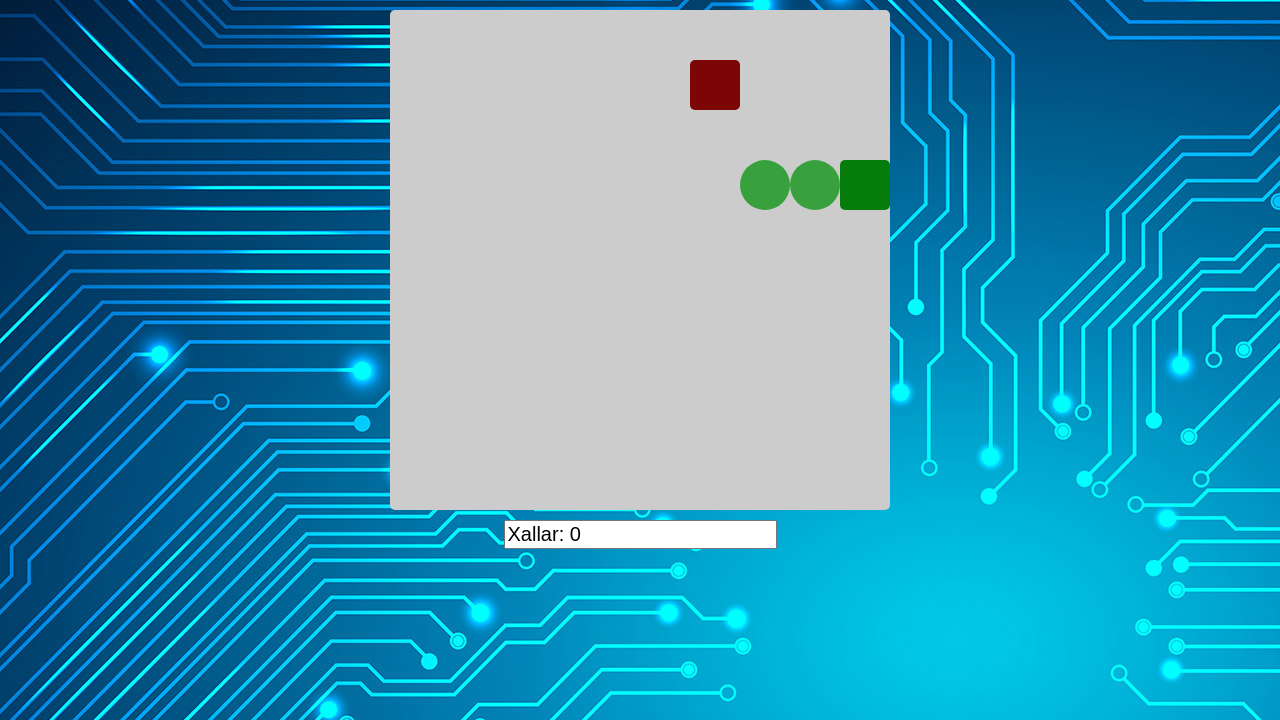
Repository: elvinyeka/SnakeGame
Page: index.html
The author's editor kept a copy of each file at every save. The page is drawn from the files as they stood at one save, then again after the next save.
The browser window is 1280 px wide. The pictures show the whole page.

Above is the page before, as saved 2020-11-08 19:49:32.

### index.html
<!DOCTYPE html>
<html lang="en">
<head>
    <meta charset="UTF-8">
    <meta name="viewport" content="width=device-width, initial-scale=1.0">
    <link rel="stylesheet" href="css/style.css">
    <title>Snake Game</title>
</head>
<body>
    <script src="js/snake.js"></script>
</body>
</html>

### css/style.css
* {
    box-sizing: border-box;
}

body {
    margin: 10px;
    background-image: url(../img/bg-digital.jpg);
}

.ground {
    width: 500px;
    height: 500px;
    margin: 0 auto;
    display: flex;
    flex-wrap: wrap;
    background-color: #cccccc;
    border-radius: 5px;
}

.box{
    width:50px;
    height: 50px;
    padding:5px;
}

.snakeBody {
    background-color: #38a03d;
    background-size: cover;
    border-radius: 50%;
}

.snakeHead {
    background-color: #067c0c;
    background-size: cover;
    border-radius: 10%;
}

.food {
    background-color: #7c0606;
    background-size: cover;
    border-radius: 10%;

}

### js/snake.js
var ground = document.createElement('div');
document.body.appendChild(ground);
ground.classList.add('ground');


for(var i=0; i < 101; i++) {
    var box = document.createElement('div');
    ground.appendChild(box);
    box.classList.add('box');

}

var box = document.getElementsByClassName('box');
var x = 1,
    y = 10;

for(var i=0; i< box.length; i++) {
    if(x>10) {
        x = 1;
        y--;
    }
    box[i].setAttribute('posX', x);
    box[i].setAttribute('posY', y);
    x++;
}


function generateSnake() {
    var posX = Math.round(Math.random() * (10 - 3) + 3);
    var posY = Math.round(Math.random() * (10 - 1) + 1);
    return [posX, posY];
}

var coordinates = generateSnake();
var snakeBody  = [document.querySelector('[posX = "' + coordinates[0] + '"][posY = "' + coordinates[1] + '"]'),
document.querySelector('[posX = "' + (coordinates[0] - 1) + '"][posY = "' + coordinates[1] + '"]'),
document.querySelector('[posX = "' + (coordinates[0] - 2) + '"][posY = "' + coordinates[1] + '"]')];

for(var i = 0; i < snakeBody.length; i++) {
    snakeBody[i].classList.add('snakeBody');
}

snakeBody[0].classList.add('snakeHead');

var food;

function createFood() {
    function generateFood() {
        var posX = Math.round(Math.random() * (10 - 3) + 3);
        var posY = Math.round(Math.random() * (10 - 1) + 1);
        return [posX, posY];
    }

    var foodCoordinates = generateFood();
    food = document.querySelector('[posX = "' + foodCoordinates[0] + '"][posY = "' + foodCoordinates[1] + '"]');

    while(food.classList.contains('snakeBody')) {
        var foodCoordinates = generateFood();
        food = document.querySelector('[posX = "' + foodCoordinates[0] + '"][posY = "' + foodCoordinates[1] + '"]');
    }
    food.classList.add('food');
}

createFood();

var direction = 'right';
var steps = 'false';

var input = document.createElement('input');
document.body.appendChild(input);
input.style.cssText = `
margin: auto;
margin-top:10px;
font-size: 20px;
display:block;
`;

var score  = 0;
input.value = `Xallar: ${score}`;


function move() {
    var snakeCoordinates = [snakeBody[0].getAttribute('posX'), snakeBody[0].getAttribute('posY')];
    snakeBody[0].classList.remove('snakeHead');
    snakeBody[snakeBody.length - 1].classList.remove('snakeBody');
    snakeBody.pop();

    if (direction == 'right') {
        if (snakeCoordinates[0] < 10) {
            snakeBody.unshift(document.querySelector('[posX = "' + ( + snakeCoordinates[0] + 1) + '"][posY = "' + snakeCoordinates[1] + '"]'));
        }else {
            snakeBody.unshift(document.querySelector('[posX = "1"][posY = "' + snakeCoordinates[1] + '"]'));
        }
    } else if (direction == 'left') {
        if (snakeCoordinates[0] > 1) {
            snakeBody.unshift(document.querySelector('[posX = "' + ( + snakeCoordinates[0] - 1) + '"][posY = "' + snakeCoordinates[1] + '"]'));
        }else {
            snakeBody.unshift(document.querySelector('[posX = "10"][posY = "' + snakeCoordinates[1] + '"]'));
        }
    } else if (direction == 'up') {
        if (snakeCoordinates[1] < 10) {
            snakeBody.unshift(document.querySelector('[posX = "' + snakeCoordinates[0] + '"][posY = "' + (+snakeCoordinates[1]+1) + '"]'));
        }else {
            snakeBody.unshift(document.querySelector('[posX = "' + snakeCoordinates[0] + '"][posY = "1"]'));
        }
    } else if (direction == 'down') {
        if (snakeCoordinates[1] > 1) {
            snakeBody.unshift(document.querySelector('[posX = "' + snakeCoordinates[0] + '"][posY = "' +(snakeCoordinates[1]-1) + '"]'));
        }else {
            snakeBody.unshift(document.querySelector('[posX = "' + snakeCoordinates[0] + '"][posY = "10"]'));
        }
    }

    if (snakeBody[0].getAttribute('posX') == food.getAttribute('posX') && snakeBody[0].getAttribute('posY') == food.getAttribute("posY")) {
        food.classList.remove('food');
        var a = snakeBody[snakeBody.length - 1].getAttribute('posX');
        var b = snakeBody[snakeBody.length - 1].getAttribute('posY');
        snakeBody.push(document.querySelector('[posX = "' + a + '"][posY = "' + b + '"]'));
        createFood();
    }

    if (snakeBody[0].classList.contains('snakeBody')) {
        setTimeout(() => {
            alert("Oyun bitdi");
        }, 200);
        clearInterval(interval);
        snakeBody[0].style.background = '#e84118';
        snakeBody[0].style.backgroundSize = 'cover';

    }



    snakeBody[0].classList.add('snakeHead');
    for(var i = 0; i < snakeBody.length; i++) {
        snakeBody[i].classList.add('snakeBody');
    }

    steps = true;
}

var interval  = setInterval(move, 300);


window.addEventListener('keydown', function (e) {
    if (steps = true) {
        if (e.keyCode == 37 && direction != 'right') {
            direction = 'left';
            steps = false;
        }
        else if (e.keyCode == 38 && direction != 'down') {
            direction = 'up';
            steps = false;
        }
        else if (e.keyCode == 39 && direction != 'left') {
            direction = 'right';
            steps = false;

        }
        else if (e.keyCode == 40 && direction != 'up') {
            direction = 'down';
            steps = false;
        }
    }

});

After the next save:
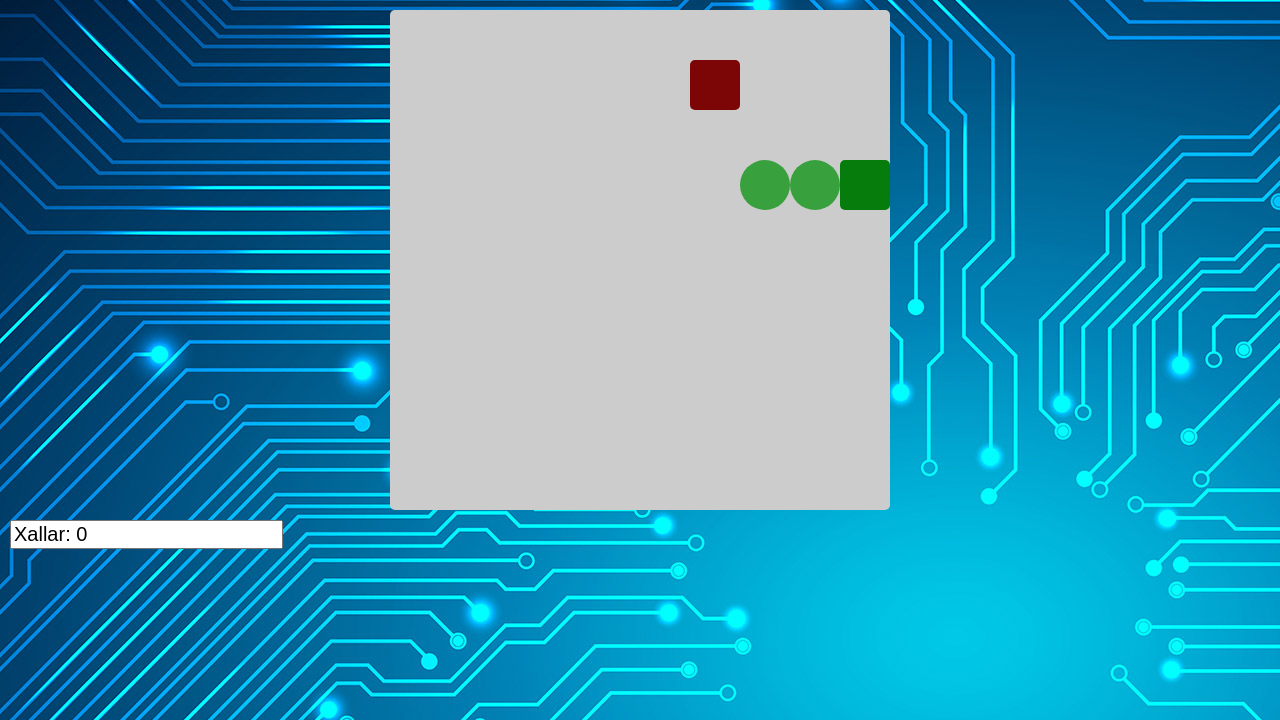
Saved 37 s later.
--- a/js/snake.js
+++ b/js/snake.js
@@ -72,6 +72,7 @@ input.style.cssText = `
 margin: auto;
 margin-top:10px;
 font-size: 20px;
+padding: 5px
 display:block;
 `;
 
